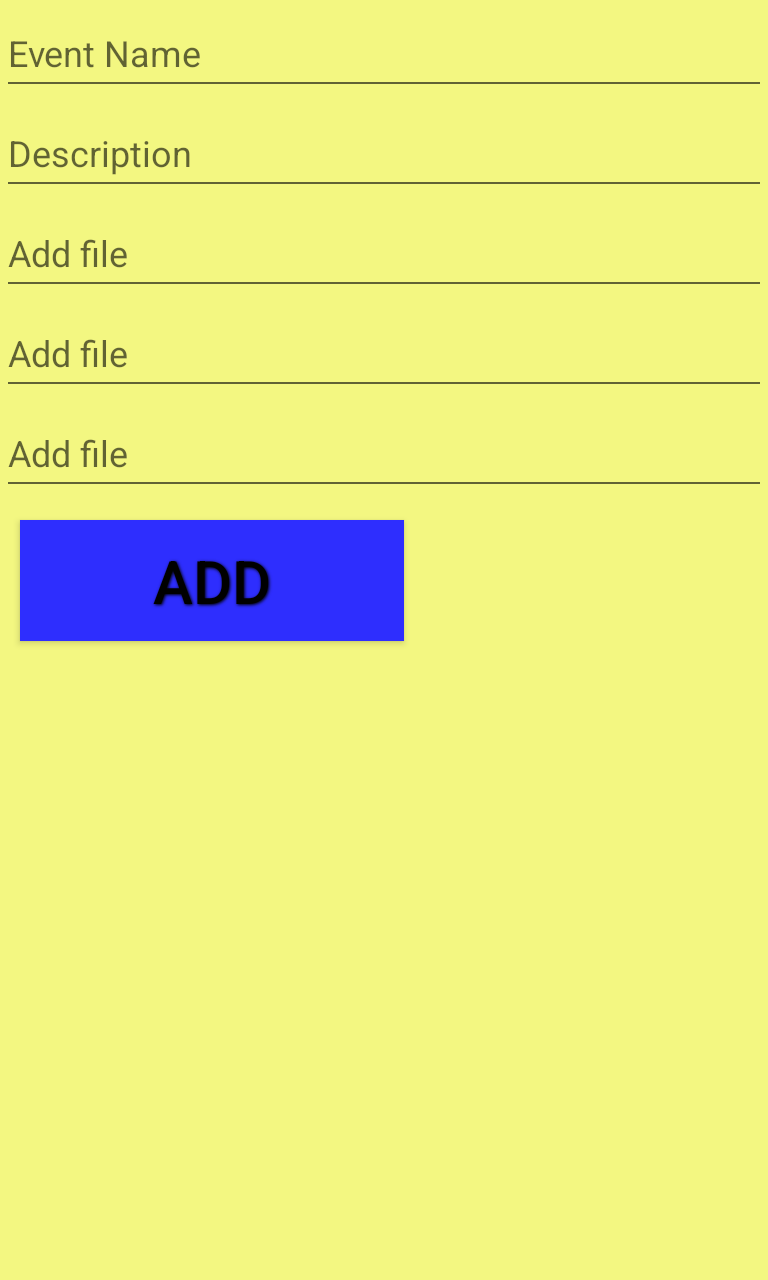
Repository: bluenavy/requirements
Layout: workspace/RetentionScheduler/res/layout/create_event.xml
An editor plug-in stored every save of this project. The layout is shown before and after the next save, followed by the edit.
It is drawn on a 768 x 1280 px phone screen (xhdpi) without system bars, with theme AppTheme; the app's code is not run.

Above is the layout before, as saved 2015-03-21 06:51:50.

### workspace/RetentionScheduler/res/layout/create_event.xml
<?xml version="1.0" encoding="utf-8"?>
<LinearLayout xmlns:android="http://schemas.android.com/apk/res/android"
    android:layout_width="match_parent"
    android:layout_height="match_parent"
    android:orientation="vertical"
   	android:background="#F3F781"
    android:weightSum="1">

    <EditText
        android:id="@+id/event_name"
	    android:layout_width="match_parent"
	    android:layout_height="50dp"
	    android:textColor="#000000"
	    android:hint="@string/event_name"/>

    <EditText
       	android:id="@+id/description_name"
	    android:layout_width="match_parent"
	    android:layout_height="50dp"
        android:textColor="#000000"
	    android:hint="@string/hint_desc"/>

    <EditText
        android:id="@+id/file"
        android:layout_width="match_parent"
    	android:layout_height="50dp"
        android:textColor="#000000"
        android:hint="Add file"/>

    <EditText
        android:id="@+id/file1"
        android:layout_width="match_parent"
    	android:layout_height="50dp"
        android:textColor="#000000"
        android:hint="Add file"/>

    <EditText
        android:id="@+id/file2"
        android:layout_width="match_parent"
    	android:layout_height="50dp"
        android:textColor="#000000"
        android:hint="Add file"/>

    <Button
        android:id="@+id/add_events"
        style="@style/ButtonText"
        android:layout_width="192dp"
        android:layout_height="wrap_content"
        android:background="#2E2EFE"
        android:onClick="onClick"
        android:padding="10dp"
        android:text="Add"
        android:textColor="#000000" />

</LinearLayout>

### workspace/RetentionScheduler/res/values/strings.xml
<?xml version="1.0" encoding="utf-8"?>
<resources xmlns:android="http://schemas.android.com/apk/res/android">

    <string name="app_name">Retention Scheduler</string>
    <string name="create_event">CREATE EVENT</string>
    <string name="edit_event">EDIT EVENT</string>
    <string name="action_settings">Settings</string>
    <string android:id="@+id/string1" name="delete_event" android:layout_width="wrap_content" android:layout_height="wrap_content">DELETE EVENT</string>
    <string android:id="@+id/string1" name="event_name" android:layout_width="wrap_content" android:layout_height="wrap_content">Event Name</string>
    <string android:id="@+id/string1" name="activity_title" android:layout_width="wrap_content" android:layout_height="wrap_content">This is an activity!</string>

    <color android:id="@+id/color1" name="white_color" android:layout_width="wrap_content" android:layout_height="wrap_content">#ffffff</color>

    <string android:id="@+id/string1" name="open_activity_title" android:layout_width="wrap_content" android:layout_height="wrap_content">Open daw!</string>

    <color android:id="@+id/color1" name="create_color" android:layout_width="wrap_content" android:layout_height="wrap_content">#D1CEBA</color>
    <color android:id="@+id/color1" name="background" android:layout_width="wrap_content" android:layout_height="wrap_content">#FFFEE6</color>
    <color android:id="@+id/color1" name="edit_color" android:layout_width="wrap_content" android:layout_height="wrap_content">#D1CEBA</color>
    <color android:id="@+id/color1" name="delete_color" android:layout_width="wrap_content" android:layout_height="wrap_content">#D1CEBA</color>

    <style name="ButtonText">
        <item name="android:layout_width">match_parent</item>
        <item name="android:layout_height">wrap_content</item>
        <item name="android:textColor">#F8E5C7</item>
        <item name="android:gravity">center</item>
        <item name="android:layout_margin">10dp</item>
        <item name="android:textStyle">normal</item>
        <item name="android:textSize">30sp</item>
        <item name="android:shadowColor">#000000</item>
        <item name="android:shadowDx">1</item>
        <item name="android:shadowDy">1</item>
        <item name="android:shadowRadius">2</item>
    </style>

    <string android:id="@+id/string1" name="hint_desc" android:layout_width="wrap_content" android:layout_height="wrap_content">Description</string>
    <string android:id="@+id/string1" name="add_events" android:layout_width="wrap_content" android:layout_height="wrap_content">ADD</string>
    <string android:id="@+id/string1" name="assoc_note" android:layout_width="wrap_content" android:layout_height="wrap_content">ASSOCIATE FILES</string>
    <string android:id="@+id/string1" name="assoc_slide" android:layout_width="wrap_content" android:layout_height="wrap_content">ASSOCIATE SLIDES</string>
    <string android:id="@+id/string1" name="hint_date" android:layout_width="wrap_content" android:layout_height="wrap_content">MM/DD/YYYY</string>
    <string android:id="@+id/string1" name="hint_time" android:layout_width="wrap_content" android:layout_height="wrap_content">HH:MM</string>

    <color android:id="@+id/color1" name="text_color" android:layout_width="wrap_content" android:layout_height="wrap_content">#F8E5C7</color>

    <string name="title_activity_create1">Create1</string>
    <string name="hello_world">Hello world!</string>

</resources>

Loaded but not shown: workspace/RetentionScheduler/res/values/styles.xml (common file); workspace/RetentionScheduler/res/values-v11/styles.xml (common file); workspace/RetentionScheduler/res/values-v14/styles.xml (common file)

After the next save:
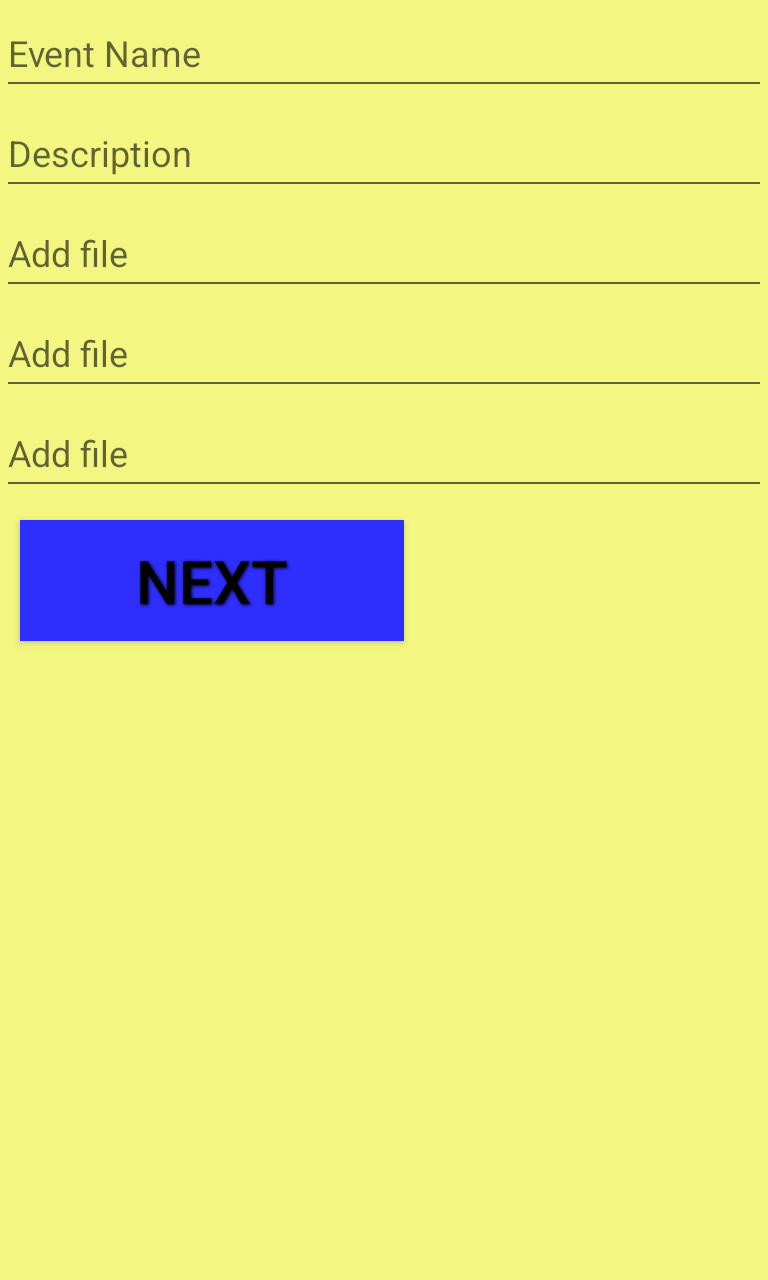
Saved 24 s later.
--- a/workspace/RetentionScheduler/res/layout/create_event.xml
+++ b/workspace/RetentionScheduler/res/layout/create_event.xml
@@ -49,7 +49,7 @@
         android:background="#2E2EFE"
         android:onClick="onClick"
         android:padding="10dp"
-        android:text="Add"
+        android:text="Next"
         android:textColor="#000000" />
 
 </LinearLayout>
